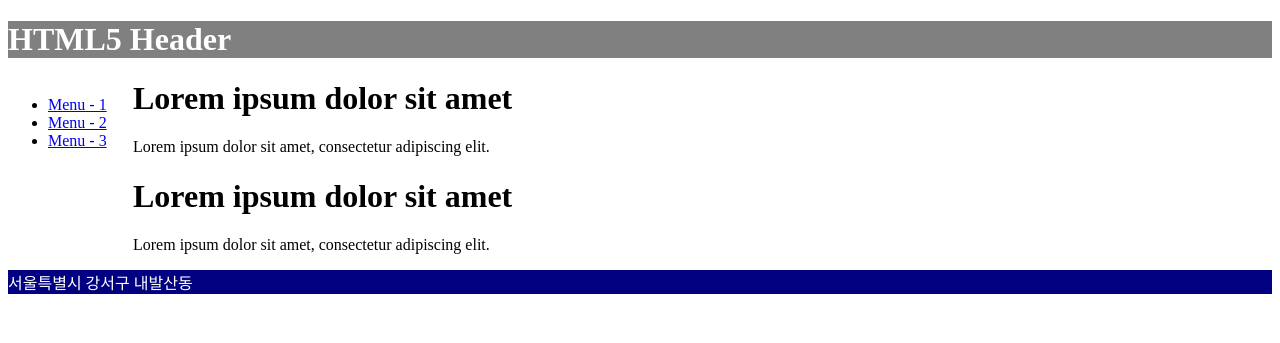
Repository: soso1525/bitcamp
Page: workspace/java-web/src/main/webapp/ch2/2-53.html
The author's editor kept a copy of each file at every save. The page is drawn from the files as they stood at one save, then again after the next save.
The browser window is 1280 px wide. The pictures show the whole page.

Above is the page before, as saved 2017-12-12 08:10:59.

After the next save:
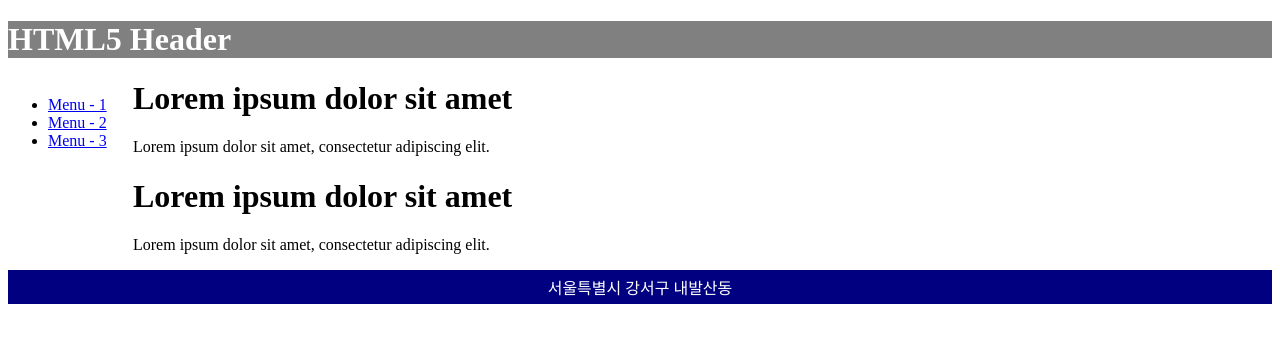
Saved 28 s later.
--- a/workspace/java-web/src/main/webapp/ch2/2-53.html
+++ b/workspace/java-web/src/main/webapp/ch2/2-53.html
@@ -23,6 +23,8 @@
         #footer {
             background-color: navy;
             color: white;
+            text-align: center;
+            padding: 5px;
         }
 
     </style>
